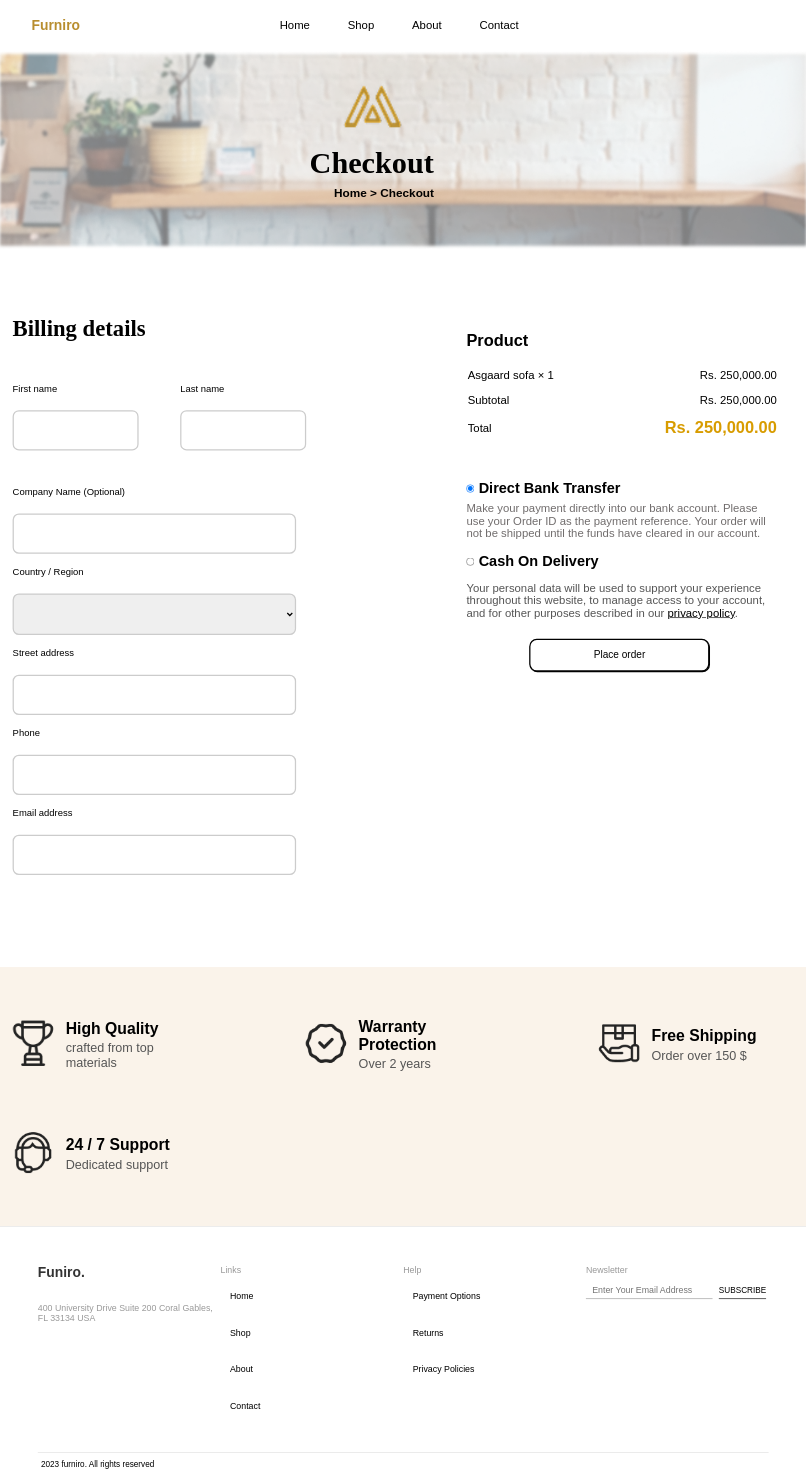
Repository: Ali1Kh/Furniro-ITI
Page: pages/checkout.html
These files come from the project's save history. The page is drawn as it stood at one moment and after the next save; the edit follows.
The browser window is 1280 px wide. The pictures show the whole page, at 63% of full size.

Above is the page before, as saved 2025-07-19 22:05:23.

After the next save:
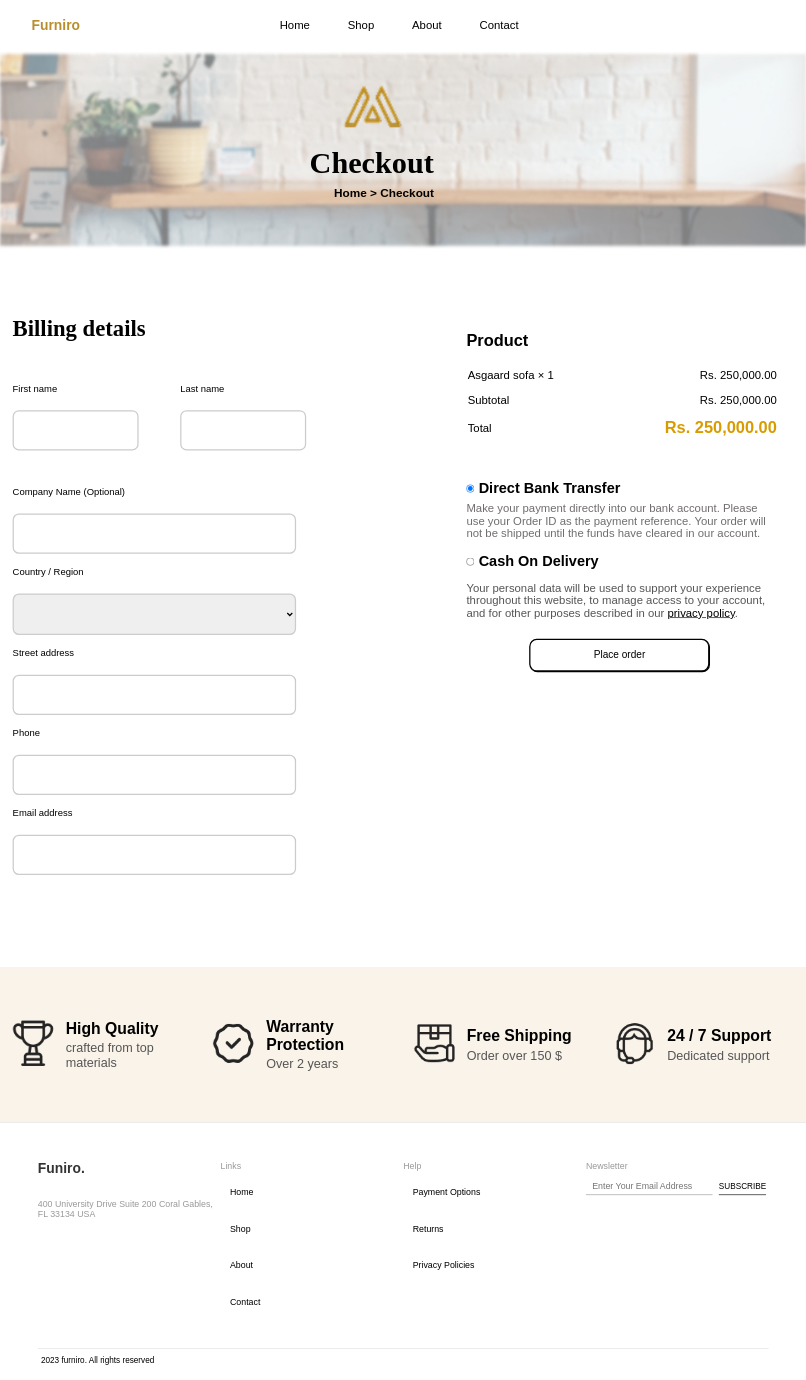
Saved 47 s later.
--- a/styles/checkout.css
+++ b/styles/checkout.css
@@ -216,7 +216,7 @@ form select {
 .quality-box {
   display: flex;
   gap: 1.2rem;
-  width: 25%;
+  width: 23%;
   padding-top: 40px;
   padding-bottom: 40px;
   box-sizing: border-box;
